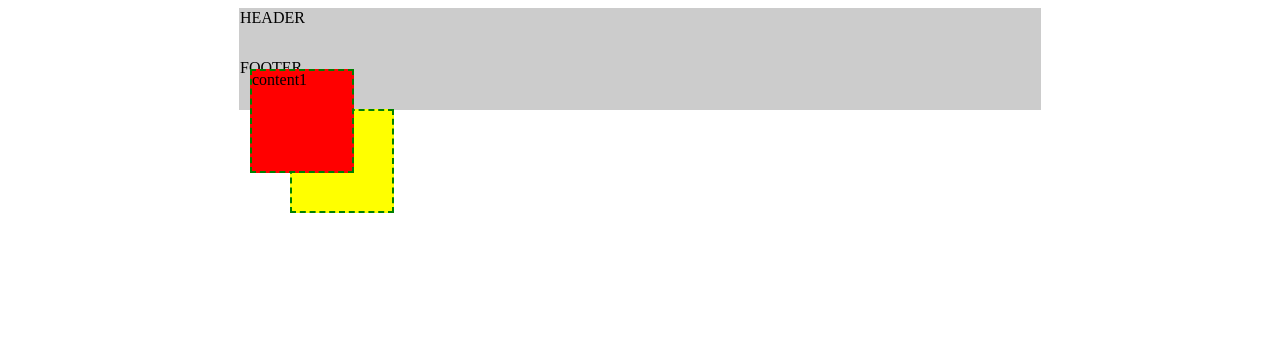
Repository: luna2222/web
Page: 01HTML5/WebContent/[11강]CSS3속성3/11_02_05Position5.html
The author's editor kept a copy of each file at every save. The page is drawn from the files as they stood at one save, then again after the next save.
The browser window is 1280 px wide. The pictures show the whole page.

Above is the page before, as saved 2019-02-24 10:26:48.

### 01HTML5/WebContent/[11강]CSS3속성3/11_02_05Position5.html
<!DOCTYPE html>
<html>
<head>
<meta charset="UTF-8">
<title>Position 5</title>
	<style >
			#contain{
			  width: 800px;
			  margin: 0 auto;
			  border: 1px solid #cccccc;
			}
			#header{
			  height: 50px;
			  background-color:#cccccc;
			}
			#wrap{
			  height: 200x;
			  position: relative;
		}
			#content1{
			  width: 100px; height: 100px;
			  background-color: red;
			  border: 2px dashed green;
			  position: absolute;
			  top: 10px; left: 10px;
			  z-index: 20;
			}
			#content2{
			  width: 100px; height: 100px;
			  background-color: yellow;
			  border:  2px dashed green;
			  position: absolute;;
			  top: 50px; left: 50px;
			  z-index: 10;
			}
			#footer{
			  height: 50px;
			  background-color: #cccccc;
			}
	</style>

</head>
<body>
	<div id="contain">
		<div id="header"> HEADER</div>
		<div id="wrap">
		<div id ="content1">content1</div>
		<div id="content2">content2</div>
		</div>
		<div id="footer">FOOTER</div>
		</div>
</body>
</html>

After the next save:
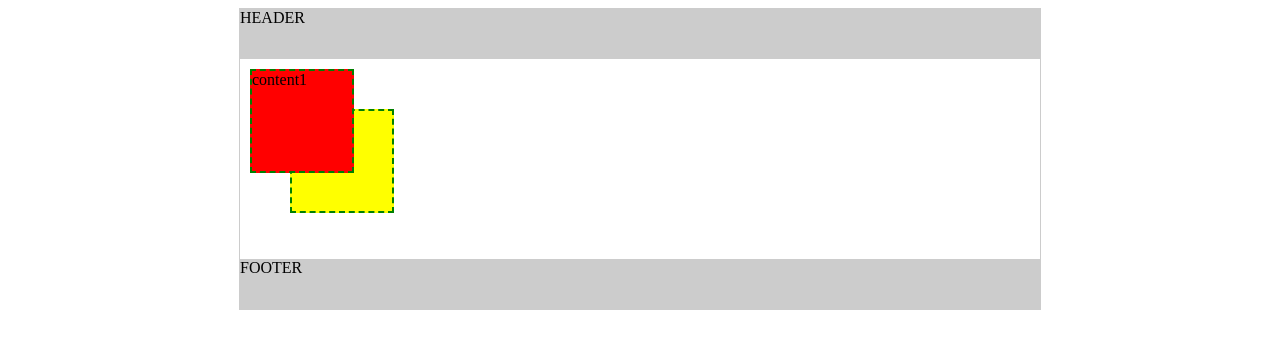
Saved 87 s later.
--- a/01HTML5/WebContent/[11강]CSS3속성3/11_02_05Position5.html
+++ b/01HTML5/WebContent/[11강]CSS3속성3/11_02_05Position5.html
@@ -14,7 +14,7 @@
 			  background-color:#cccccc;
 			}
 			#wrap{
-			  height: 200x;
+			  height: 200px;
 			  position: relative;
 		}
 			#content1{
